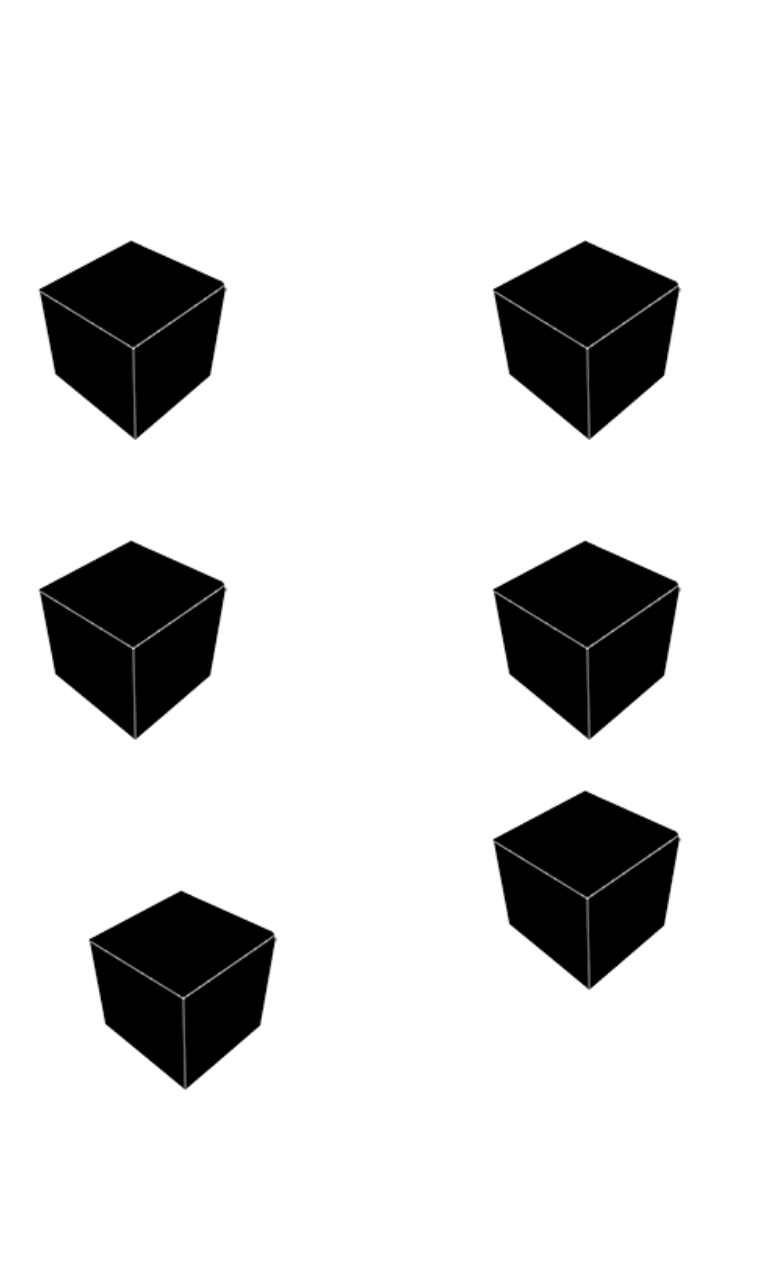
Repository: DSKarramba/university
Layout: models_and_methods_ICS/lab_01/code/calc/res/layout/activity_main.xml
An editor plug-in stored every save of this project. The layout is shown before and after the next save, followed by the edit.
It is drawn on a 768 x 1280 px phone screen (xhdpi) without system bars, with theme AppTheme; the app's code is not run.

Above is the layout before, as saved 2014-12-11 03:41:44.

After the next save:
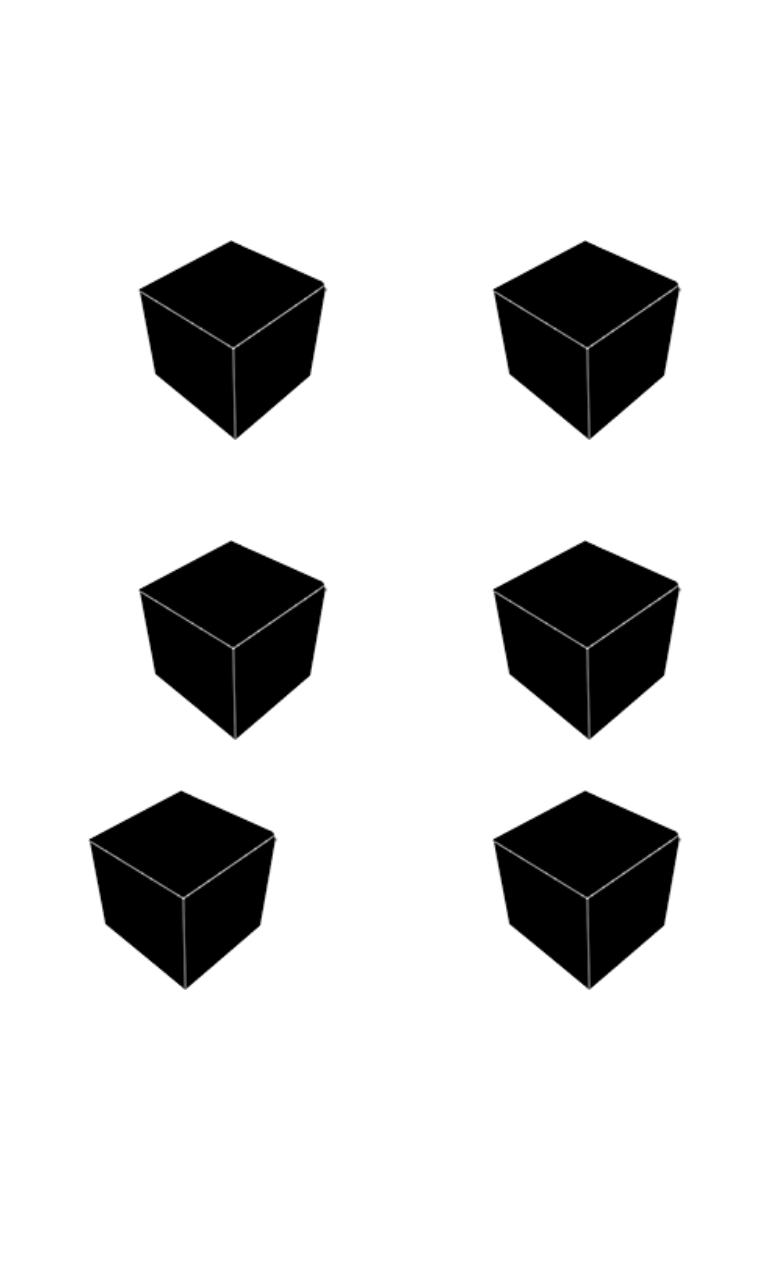
Saved 32 s later.
--- a/models_and_methods_ICS/lab_01/code/calc/res/layout/activity_main.xml
+++ b/models_and_methods_ICS/lab_01/code/calc/res/layout/activity_main.xml
@@ -39,7 +39,7 @@
         android:layout_height="100dp"
         android:layout_alignParentLeft="true"
         android:layout_centerVertical="true"
-        android:layout_marginBottom="50dp"
+        android:layout_marginLeft="50dp"
         android:background="@android:color/transparent"
         android:contentDescription="@string/str_box"
         android:scaleType="fitCenter"
